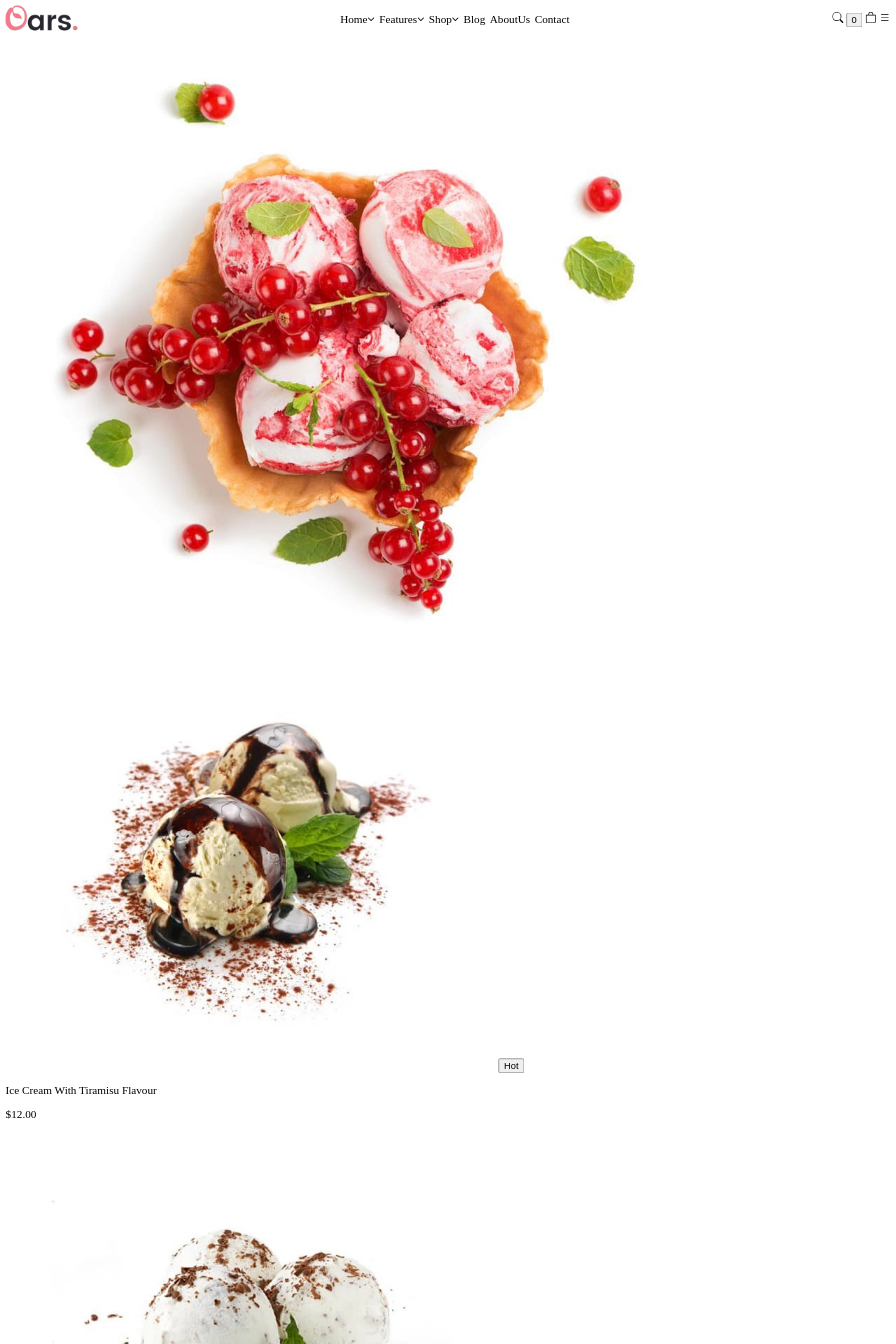
Repository: pradeepi2i/ice-cream
Page: icecream.html
These files come from the project's save history. The page is drawn as it stood at one moment and after the next save; the edit follows.
The browser window is 1280 px wide. The pictures show the part of the page from y = 0 to 1920 px (the page is 8871 px tall), at 70% of full size.

Above is the page before, as saved 2022-11-16 13:04:15.

After the next save:
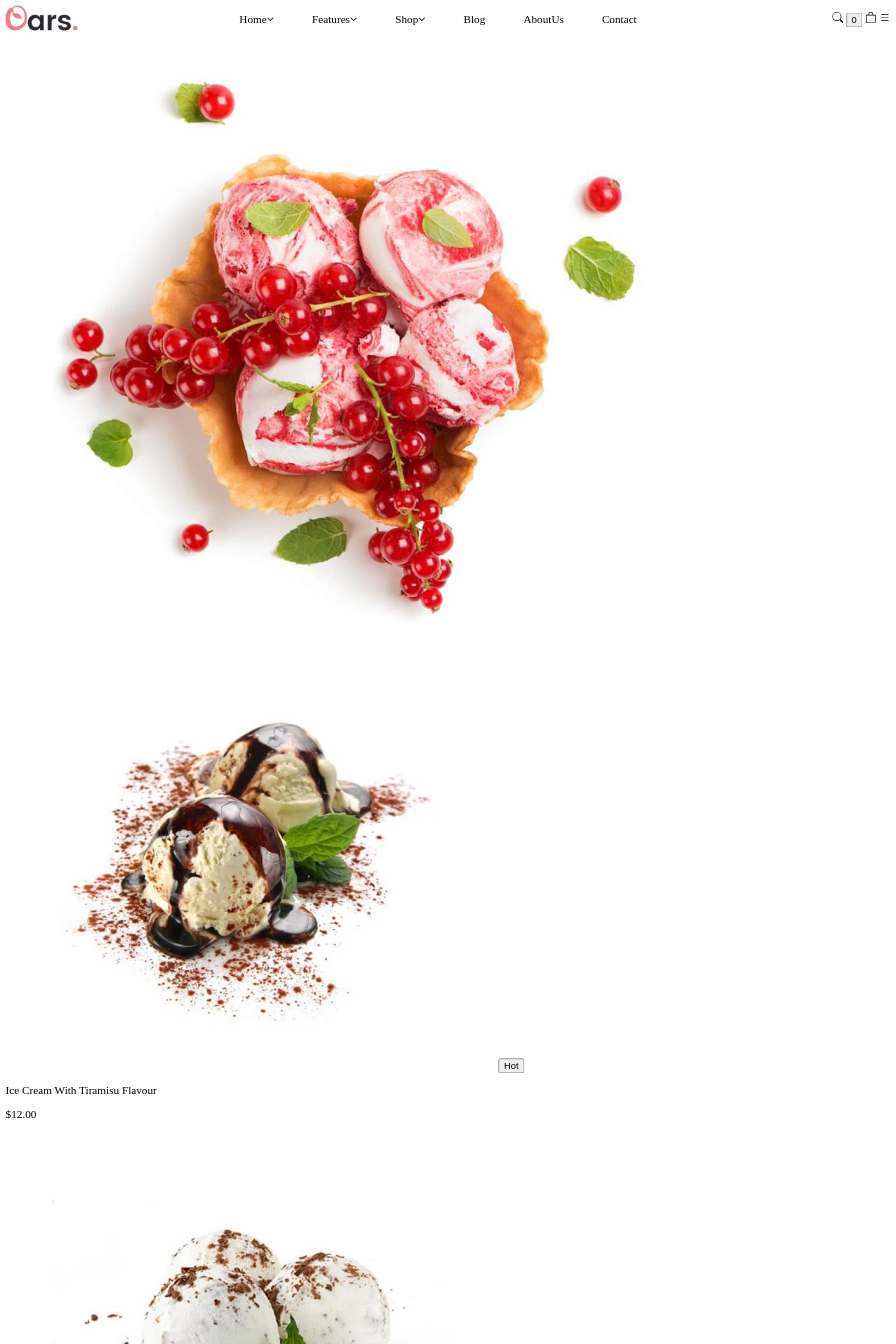
Saved 6 s later.
--- a/css/style.css
+++ b/css/style.css
@@ -6,8 +6,9 @@
 .navbar-center {
     display: flex;
     justify-content: center;
+
 }
 .navigation {
     padding: .2rem;
-    margin-right: 3;
+    margin-right: 3rem;
 }
